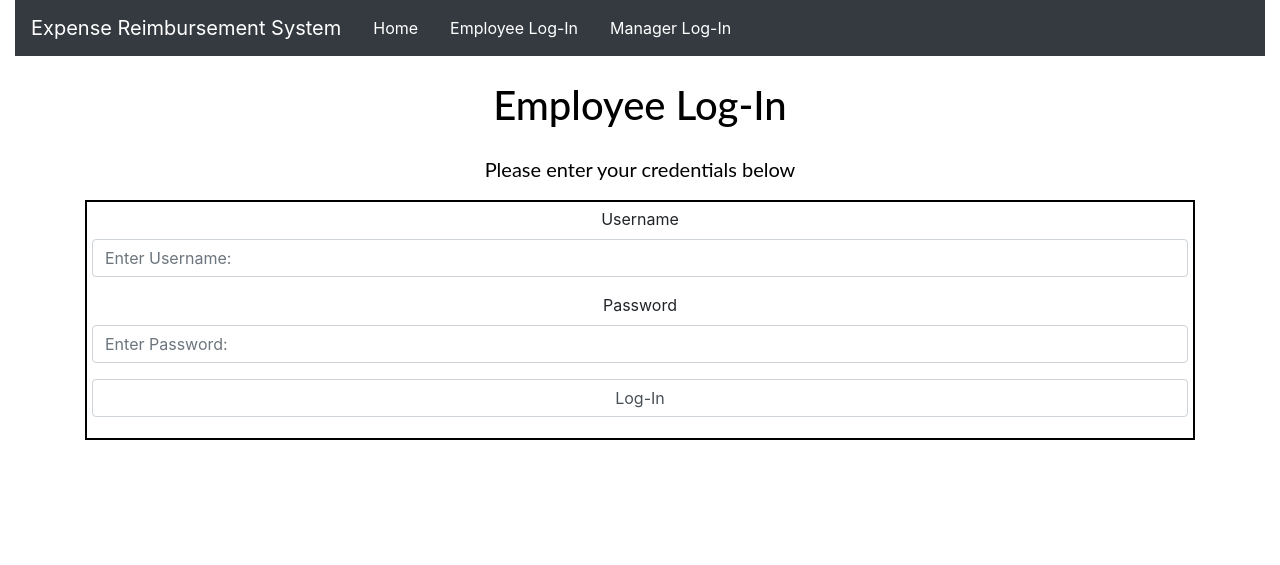
Repository: Trevormulrenin/ers-app
Page: ers-app/src/main/webapp/html/employee_login.html
These files come from the project's save history. The page is drawn as it stood at one moment and after the next save; the edit follows.
The browser window is 1280 px wide. The pictures show the whole page.

Above is the page before, as saved 2021-04-01 00:53:15.

After the next save:
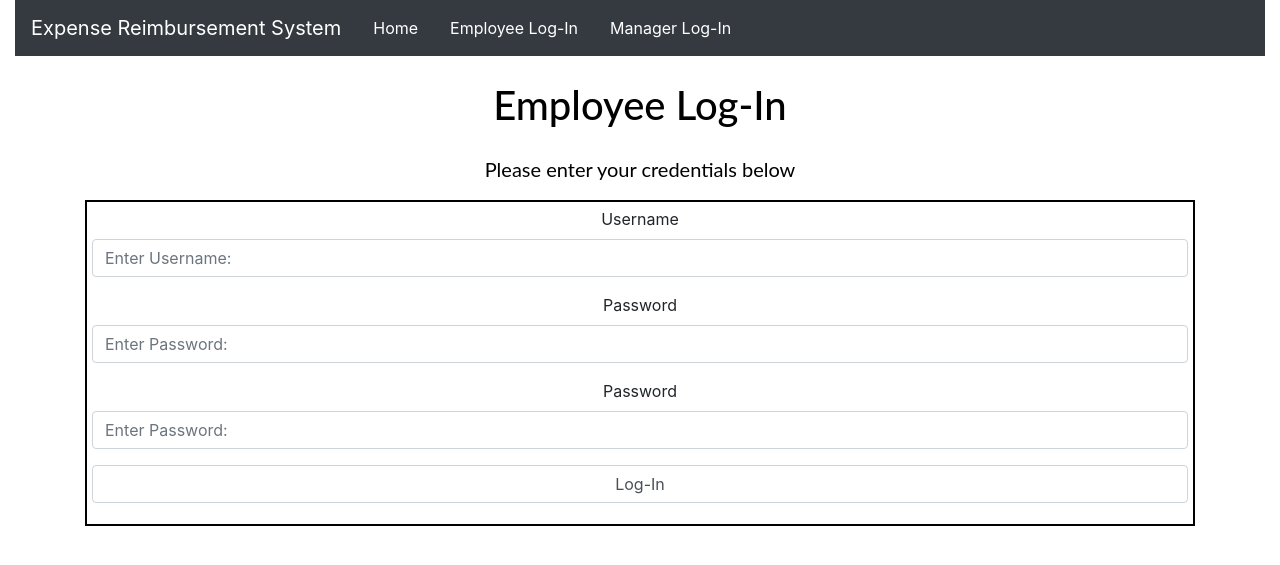
Saved 96 s later.
--- a/ers-app/src/main/webapp/html/employee_login.html
+++ b/ers-app/src/main/webapp/html/employee_login.html
@@ -61,6 +61,10 @@
 					<input type="password" class="form-control" name="employeePassword" id="employeePassword" placeholder="Enter Password:" required>
 				</div>
 				<div class="form-group">
+					<label for="employeePassword">Password</label>
+					<input type="password" class="form-control" name="employeePassword" id="employeePassword" placeholder="Enter Password:" required>
+				</div>
+				<div class="form-group">
 					<button type="submit" class="form-control" id="log-in-btn">Log-In</button>
 				</div>
 			</form>

After the save that followed:
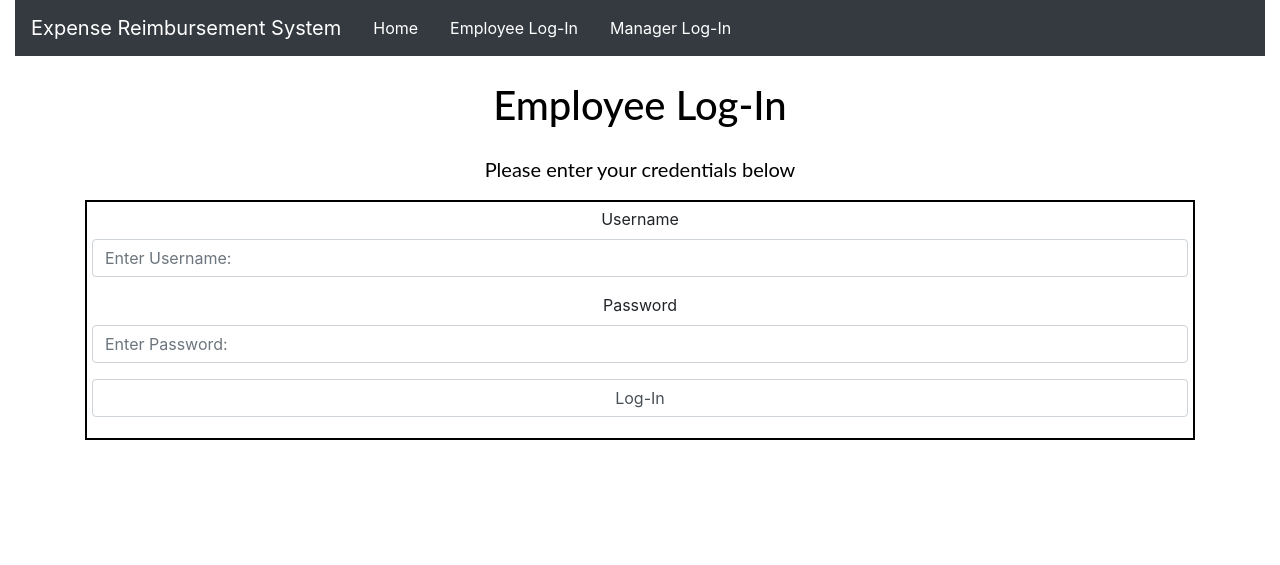
Saved 9 s later.
--- a/ers-app/src/main/webapp/html/employee_login.html
+++ b/ers-app/src/main/webapp/html/employee_login.html
@@ -61,10 +61,6 @@
 					<input type="password" class="form-control" name="employeePassword" id="employeePassword" placeholder="Enter Password:" required>
 				</div>
 				<div class="form-group">
-					<label for="employeePassword">Password</label>
-					<input type="password" class="form-control" name="employeePassword" id="employeePassword" placeholder="Enter Password:" required>
-				</div>
-				<div class="form-group">
 					<button type="submit" class="form-control" id="log-in-btn">Log-In</button>
 				</div>
 			</form>
